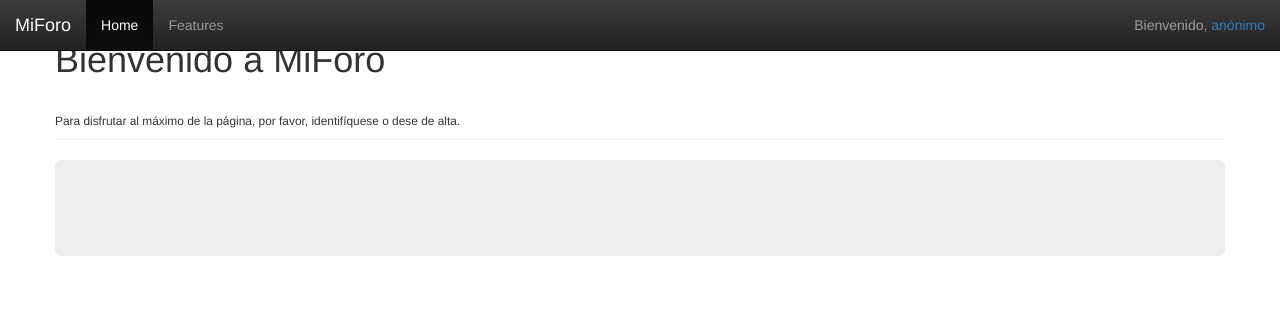
Repository: Myugen/EjercicioPHP
Page: http://localhost/
These files come from the project's save history. The page is drawn as it stood at one moment and after the next save; the edit follows.
The browser window is 1280 px wide. The pictures show the whole page.
Some web libraries are served in a nearby version. The page is run by PHP 8.4 with error messages shown; the project is at /var/www/html/.

Above is the page before, as saved 2015-11-27 19:19:50.
Not found: ProyectoFinalForo/jsfile

### ProyectoFinalForo/index.php
<?php
session_start();
?>
<!DOCTYPE html>
<html lang="es-ES">
<head>
    <meta charset="UTF-8">
    <!-- JQuery -->
    <script src="https://ajax.googleapis.com/ajax/libs/jquery/1.11.3/jquery.min.js"></script>

    <!-- Latest compiled and minified CSS -->
    <link rel="stylesheet" href="https://maxcdn.bootstrapcdn.com/bootstrap/3.3.6/css/bootstrap.min.css">

    <!-- Optional theme -->
    <link rel="stylesheet" href="https://maxcdn.bootstrapcdn.com/bootstrap/3.3.6/css/bootstrap-theme.min.css">

    <!-- Latest compiled and minified JavaScript -->
    <script src="https://maxcdn.bootstrapcdn.com/bootstrap/3.3.6/js/bootstrap.min.js"></script>
    <script type="text/javascript" src="jsfile"></script>
    <title>Inicio</title>
</head>
<body>
    <div class="container">
    	<div class="row">
    	<nav class="navbar navbar-fixed-top navbar-inverse">
    		<a class="navbar-brand" href="#">MiForo</a>
  			<ul class="nav navbar-nav navbar-left">
	    		<li class="nav-item active">
	      			<a class="nav-link" href="#">Home<span class="sr-only">(current)</span></a>
	    		</li>
	    		<li class="nav-item">
	      			<a class="nav-link" href="#">Features</a>
	    		</li>
    		</ul>
    		<ul class="nav navbar-nav navbar-right">
    			<li class="nav-item" style="padding-right: 15px">
    				<p class="navbar-text">Bienvenido, <a class="nav-link">anónimo</a></p>
    			</li>
    		</ul>
    	</nav>
    	</div>
    	<div class="row">
    		<div class="page-header">
    			<h1>Bienvenido a MiForo</h1><br />
    			<small>Para disfrutar al máximo de la página, por favor, identifíquese o dese de alta.</small>
    		</div>
    	</div>
    	<div class="row">
	    	<div class="jumbotron">
	    	<div class="col-md-6"></div>
	    	<div class="col-md-6"></div>
	    	</div>
    	</div>
    </div>
</body>
</html>

After the next save:
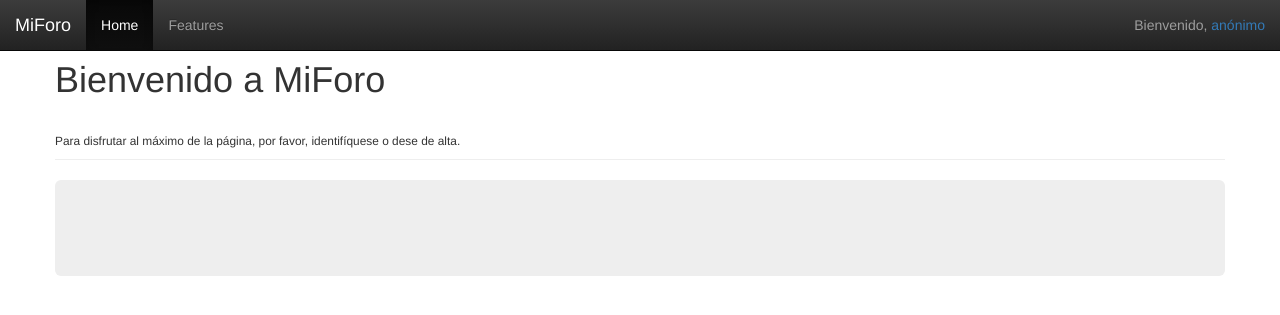
Saved 41 s later.
--- a/ProyectoFinalForo/index.php
+++ b/ProyectoFinalForo/index.php
@@ -39,7 +39,7 @@ session_start();
     		</ul>
     	</nav>
     	</div>
-    	<div class="row">
+    	<div class="row" style="padding-top: 20px">
     		<div class="page-header">
     			<h1>Bienvenido a MiForo</h1><br />
     			<small>Para disfrutar al máximo de la página, por favor, identifíquese o dese de alta.</small>
